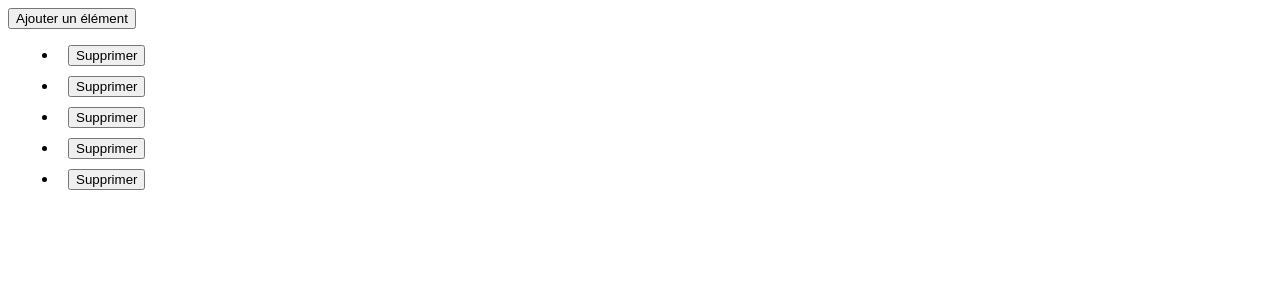
Repository: arione15/Livre_Serrion-Vue.js
Page: index.html
The author's editor kept a copy of each file at every save. The page is drawn from the files as they stood at one save, then again after the next save.
The browser window is 1280 px wide. The pictures show the whole page.

Above is the page before, as saved 2021-09-08 13:01:02.

### index.html
<!DOCTYPE html>
<html lang="en">

<head>
    <meta charset="UTF-8">
    <meta http-equiv="X-UA-Compatible" content="IE=edge">
    <meta name="viewport" content="width=device-width, initial-scale=1.0">
    <title>Liste</title>
    <script src="https://cdn.jsdelivr.net/npm/vue/dist/vue.js"></script>
</head>

<body>

    <div id="root"></div>

</body>

<script>
    const vm = new Vue({
        el: "div#root",
        template: `
            <div>
                <button v-on:click="ajouter()">Ajouter un élément</button>
                <ul>
                    <li v-for="(element, index) of elements" style="margin:10px">
                        <span v-if"!element.modifyOn" v-on:dblclick="modifier(index)">
                            {{element.text}}</span>
                            <input v-else type="text" style="width:100px;"
                            v-bind:value="element.text">
                    <button v-on:click="supprimer(index)" style="margin-left:10px">Supprimer</button>
                </li>
                </ul>
                <span v-if="elements.length === 0">La liste est vide !!</span>
            </div>
        `,
        data: {
            elements: [
                { text: "Elément 1", modifyOn: false },
                { text: "Elément 2", modifyOn: false },
                { text: "Elément 3", modifyOn: false },
                { text: "Elément 4", modifyOn: false },
                { text: "Elément 5", modifyOn: false },
            ]
        },
        methods: {
            supprimer(index){
                this.elements = this.elements.filter(function cb(elt,i){
                    if(index===i) return false;
                    else return true;
                })
            },
            ajouter(){
                const length = this.elements.length + 1;
                const element = { text: `Elément ` + length, modifyOn: false };
                this.elements.push(element);
            },
            modifier(index, event){
                this.elements[index].modifyOn = truse;
            }



        }
    })
</script>

</html>

After the next save:
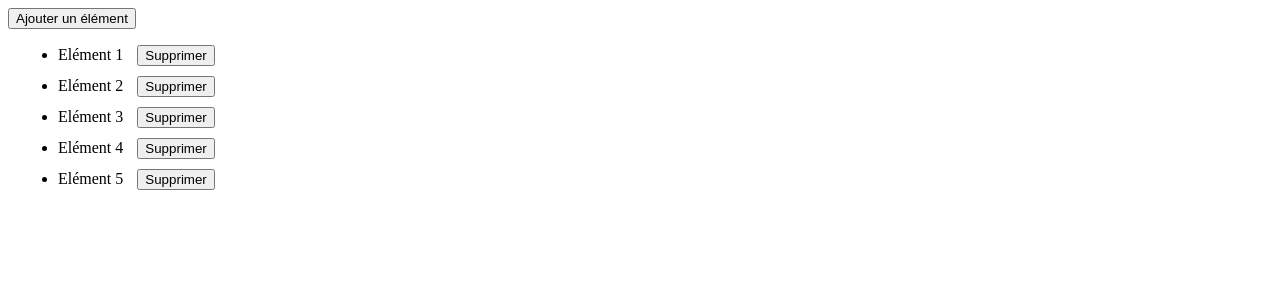
Saved 55 s later.
--- a/index.html
+++ b/index.html
@@ -23,7 +23,7 @@
                 <button v-on:click="ajouter()">Ajouter un élément</button>
                 <ul>
                     <li v-for="(element, index) of elements" style="margin:10px">
-                        <span v-if"!element.modifyOn" v-on:dblclick="modifier(index)">
+                        <span v-if="!element.modifyOn" v-on:dblclick="modifier(index)">
                             {{element.text}}</span>
                             <input v-else type="text" style="width:100px;"
                             v-bind:value="element.text">
